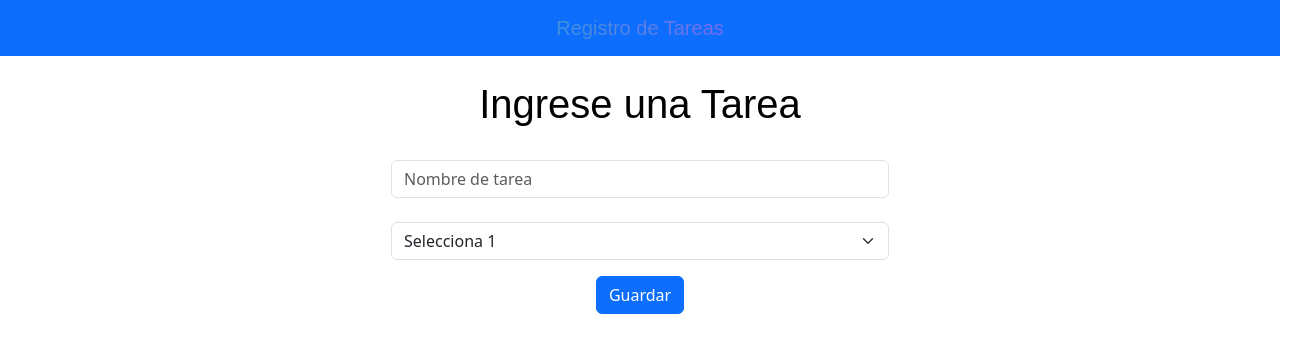
Repository: mgarrido0gb/registroTareas
Page: http://localhost/Tareas/Home
The author's editor kept a copy of each file at every save. The page is drawn from the files as they stood at one save, then again after the next save.
The browser window is 1280 px wide. The page is 1292 px wide, so the pictures cover 1292 px, including what lies to the right of the window. The pictures show the whole page.
Some web fonts or font styles are not loaded; a fallback is used. The page is served by Tomcat 10. Other server files are loaded and not shown. Queries for data that is not in the repository find no rows.

Above is the page before, as saved 2024-05-21 22:45:11.

### Tareas/src/main/webapp/WEB-INF/home.jsp
<%@page import="models.Categoria"%>
<%@page import="models.Tarea"%>
<%@ page language="java" contentType="text/html; charset=ISO-8859-1"
    pageEncoding="ISO-8859-1" import="java.util.ArrayList" import="models.Tarea" import="models.Categoria"%>
<!doctype html>
<html lang="en">
  <head>
    <meta charset="utf-8">
    <meta name="viewport" content="width=device-width, initial-scale=1">
    <title>Registro Tareas</title>
    <link href="https://cdn.jsdelivr.net/npm/bootstrap@5.3.3/dist/css/bootstrap.min.css" rel="stylesheet" integrity="sha384-QWTKZyjpPEjISv5WaRU9OFeRpok6YctnYmDr5pNlyT2bRjXh0JMhjY6hW+ALEwIH" crossorigin="anonymous">
    <link rel="preconnect" href="https://fonts.googleapis.com">
	<link rel="preconnect" href="https://fonts.gstatic.com" crossorigin>
	<link href="https://fonts.googleapis.com/css2?family=Kanit:ital,wght@0,100;0,200;0,300;0,400;0,500;0,600;0,700;0,800;0,900;1,100;1,200;1,300;1,400;1,500;1,600;1,700;1,800;1,900&family=Open+Sans:ital,wght@0,300..800;1,300..800&family=Roboto:ital,wght@0,100;0,300;0,400;0,500;0,700;0,900;1,100;1,300;1,400;1,500;1,700;1,900&display=swap" rel="stylesheet">
    <style type="text/css">
    	body{
    		background-color: white;
    		color: black;
    	}

    	li{
    		color: black;
    	}

    	#titulo ,h1{
    		font-family: "Kanit", sans-serif;
    	}

    	#titulo{
  			color: transparent;
    		background-image: linear-gradient(to left, #FFD700, #7B68EE, #3498db, #2ecc71, #FFD700);
    		background-clip: text;
    		animation: color 3s linear infinite;
    		background-size: 500%;

    	}

    	@keyframes color {
    		from {
       			 background-position: 0% 50%;
    		}

    		to {
        		background-position: 100% 50%;
    		}
		}






    </style>

  </head>
  <body>
  	<%
  		ArrayList<Categoria> cats = (ArrayList<Categoria>)request.getAttribute("cats");
  		ArrayList<Tarea> tareas = (ArrayList<Tarea>)request.getAttribute("tareas");

  	%>
  	<nav class="navbar navbar-expand-lg bg-primary">
    	<div class="container-fluid">
        	<a class="navbar-brand mx-auto" id="titulo" href="#">Registro de Tareas</a>
    	</div>
	</nav>

    <div class="container">
    	<div class="row justify-content-center">
        	<div class="col-12 col-md-9 col-lg-6">
            	<form action="/Tareas/Home" method="post">
                	<div class="p-4">
                    	<h1 class="text-center">Ingrese una Tarea</h1>
                    	<br>
                    	<div class="form-group">
                        	<input class="form-control" placeholder="Nombre de tarea" name="texto" type="text" required>
                    	</div>
                    	<br>
                    	<div class="col-12">
              				<select class="form-select" name="categoria_id" required>
                				<option selected value required>Selecciona 1</option>
                					<% for (Categoria c: cats) { %>
                						<option value="<%=c.id %>"><%=c.nombre %></option>
                					<% } %>
              				</select>
     					</div>
                    	<div class="text-center mt-3">
                        	<input type="submit" value="Guardar" class="btn btn-primary" onclick="mensaje()">
                    	</div>
                	</div>

            	</form>
        	</div>
    	</div>
	</div>






   <div class="row">
   		<div class="col-6 offset-3 d-block m-auto m-0 p-2 col-md-3">


    			<% for (Tarea t: tareas) { %>
    				<ul class="list-group text-center">
    					<li <% if (t.completada == true){ %>class="text-decoration-line-through text-danger"<% } %> class="list-group-item text-center">
    		 				<h5>Agregada el: <%=t.fecha %></h5>
    		 				<h6 class="text-center">(<%=t.texto%>)</h6>
    		 				<a href="/Tareas/CheckearTarea?id=<%=t.id%>"><img src="https://img.icons8.com/?size=48&id=sz8cPVwzLrMP&format=png" class="logotipo" onclick="check()" ></img></a>
    		 				<a href="/Tareas/GestionTarea?id=<%=t.id%>"><img src="https://img.icons8.com/?size=48&id=pre7LivdxKxJ&format=png" class="logotipo" onclick="eliminar()"></img></a>
    					</li>
    				<br>
    			<%}%>
    		</ul>

   		</div>
   </div>


   <script type="text/javascript">


   	function mensaje(){
   		alert("Tarea Agregada con éxito");
   	}

   	function eliminar(){
   		alert("Tarea eliminada con éxito");
   	}

   	function check(){
   		alert("Tarea Realizada con éxito");
   	}

   </script>
    <script src="https://cdn.jsdelivr.net/npm/bootstrap@5.3.3/dist/js/bootstrap.bundle.min.js" integrity="sha384-YvpcrYf0tY3lHB60NNkmXc5s9fDVZLESaAA55NDzOxhy9GkcIdslK1eN7N6jIeHz" crossorigin="anonymous"></script>
  </body>
</html>

### Tareas/src/main/java/servlets/Home.java
package servlets;

import jakarta.servlet.RequestDispatcher;
import jakarta.servlet.ServletException;
import jakarta.servlet.annotation.WebServlet;
import jakarta.servlet.http.HttpServlet;
import jakarta.servlet.http.HttpServletRequest;
import jakarta.servlet.http.HttpServletResponse;
import models.Categoria;
import models.Tarea;

import java.io.IOException;
import java.sql.SQLException;
import java.util.ArrayList;

import daos.CategoriaDao;
import daos.TareaDao;


/**
 * Servlet implementation class Home
 */
public class Home extends HttpServlet {
	private static final long serialVersionUID = 1L;

    /**
     * Default constructor.
     */
    public Home() {
        // TODO Auto-generated constructor stub
    }

	/**
	 * @throws IOException
	 * @throws ServletException
	 * @see HttpServlet#doGet(HttpServletRequest request, HttpServletResponse response)
	 */
	protected void doGet(HttpServletRequest request, HttpServletResponse response) throws ServletException, IOException  {
		// TODO Auto-generated method stub
		try {
			ArrayList<Tarea> tareas = TareaDao.getAll();
			System.out.println(tareas);
			request.setAttribute("tareas", tareas);

			ArrayList<Categoria> cats = CategoriaDao.getAll();
			request.setAttribute("cats", cats);
		} catch(SQLException e) {
			System.out.println(e);
		}


		// 2. Cargamos el JSP
		RequestDispatcher vista = request.getRequestDispatcher("WEB-INF/home.jsp");
		vista.forward(request, response);
	}

	/**
	 * @see HttpServlet#doPost(HttpServletRequest request, HttpServletResponse response)
	 */
	protected void doPost(HttpServletRequest request, HttpServletResponse response) throws ServletException, IOException {
		// TODO Auto-generated method stub
		String textoNuevaTarea = request.getParameter("texto");
		int categoria_id = Integer.parseInt(request.getParameter("categoria_id"));
		try {
			TareaDao.addNew(textoNuevaTarea,categoria_id);

		} catch (SQLException e) {
			// TODO Auto-generated catch block
			e.printStackTrace();
		}


		response.sendRedirect("/Tareas/Home");
	}

}

### Tareas/src/main/java/daos/TareaDao.java
package daos;

import java.sql.Connection;
import java.sql.PreparedStatement;
import java.sql.ResultSet;
import java.sql.SQLException;
import java.sql.Statement;
import java.util.ArrayList;

import models.Categoria;
import models.MyConn;
import models.Tarea;

public class TareaDao {

	static public void addNew(String textoNuevaTarea, int categoria_id) throws SQLException {
		//1.-  nueva conexion
		Connection conn = MyConn.getConnection();
		//2.- consulta
		PreparedStatement consulta =conn.prepareStatement("INSERT INTO TAREAS (texto,categoria_id) values(?,?)");
		consulta.setString(1, textoNuevaTarea);
		consulta.setInt(2, categoria_id);
		consulta.execute();
	}

	static public void deleteById (int idTarea) throws SQLException {
		// 1. Pedimos una conexion nueva
		Connection conn = MyConn.getConnection();
		// 2. Creamos la consulta
		PreparedStatement stmt = conn.prepareStatement(
			"delete from tareas where id=?"
		);
		stmt.setInt(1, idTarea);
		// 3. Ejecutar la stmt
		stmt.executeUpdate();
	  }

	static public void checkById (int idTarea) throws SQLException {
		// 1. Pedimos una conexion nueva
		Connection conn = MyConn.getConnection();
		// 2. Creamos la consulta
		PreparedStatement stmt = conn.prepareStatement(
			"update tareas set completada = true where id = ?"
		);
		stmt.setInt(1, idTarea);
		// 3. Ejecutar la stmt
		stmt.executeUpdate();
	  }





	static public ArrayList<String> get_textos () throws SQLException {
		// 1. Creamos un ArrayList vacío
		ArrayList<String> textos = new ArrayList<String>();
		// 2. Pedimos una conección nueva
		Connection conn = MyConn.getConnection();
		// 3. Creamos y ejecutamos la consulta
		Statement consulta = conn.createStatement();
		ResultSet respuesta = consulta.executeQuery("select * from tareas ");

		// 4. Vamos llenando el ArrayList con lo que tenga la respuesta
		while (respuesta.next()) {
		  textos.add( respuesta.getString("texto") );
		}
		// 5. Retornamos el ArrayList, ahora lleno
		return textos;
	  }



	static public ArrayList<Tarea> getAll () throws SQLException {
		// 1. Creamos un ArrayList vacío
		ArrayList<Tarea> tareas = new ArrayList<Tarea>();
		// 2. Pedimos una conección nueva
		Connection conn = MyConn.getConnection();
		// 3. Creamos y ejecutamos la consulta
		Statement consulta = conn.createStatement();
		ResultSet respuesta = consulta.executeQuery("select * from tareas");

		// 4. Vamos llenando el ArrayList con lo que tenga la respuesta
		while (respuesta.next()) {
			Tarea t = new Tarea(
					respuesta.getInt("id"),
					respuesta.getString("texto"),
					respuesta.getBoolean("completada"),
					respuesta.getDate("fecha")


			);
		  tareas.add(t);
		}
		return tareas;
	  }
}

### Tareas/src/main/java/models/MyConn.java
package models;

import java.sql.Connection;
import java.sql.DriverManager;
import java.sql.SQLException;

public class MyConn {
	static final String URL = "jdbc:postgresql://localhost/ejemplo_dao";
	static final String USER = "postgres";
	static final String PASSWORD = "12345";
	static final String DRIVER = "org.postgresql.Driver";

	static public Connection conn = null;

    static public Connection getConnection () {
      if (conn != null) {
        return conn;
      }
      try {
    	Class.forName(DRIVER);
    	conn = (Connection) DriverManager.getConnection(URL, USER, PASSWORD);
      }
      catch (ClassNotFoundException | SQLException e) {
    	e.printStackTrace();
      }
      return conn;
    }
}

### Tareas/src/main/java/daos/CategoriaDao.java
package daos;

import java.sql.Connection;
import java.sql.ResultSet;
import java.sql.SQLException;
import java.sql.Statement;
import java.util.ArrayList;

import models.Categoria;
import models.MyConn;


public class CategoriaDao {
	static public ArrayList<Categoria> getAll () throws SQLException {
		// 1. Creamos un ArrayList vacío
				ArrayList<Categoria> categorias = new ArrayList<Categoria>();
				// 2. Pedimos una conección nueva
				Connection conn = MyConn.getConnection();
				// 3. Creamos y ejecutamos la consulta
				Statement consulta = conn.createStatement();
				ResultSet respuesta = consulta.executeQuery("select * from categorias order by id");

				// 4. Vamos llenando el ArrayList con lo que tenga la respuesta
				while (respuesta.next()) {
				  Categoria t = new Categoria(
					respuesta.getInt("id"),
					respuesta.getString("nombre")
				  );
				  categorias.add( t );
				}
			  // 5. Retornamos el ArrayList, ahora lleno
			  return categorias;
}}

After the next save:
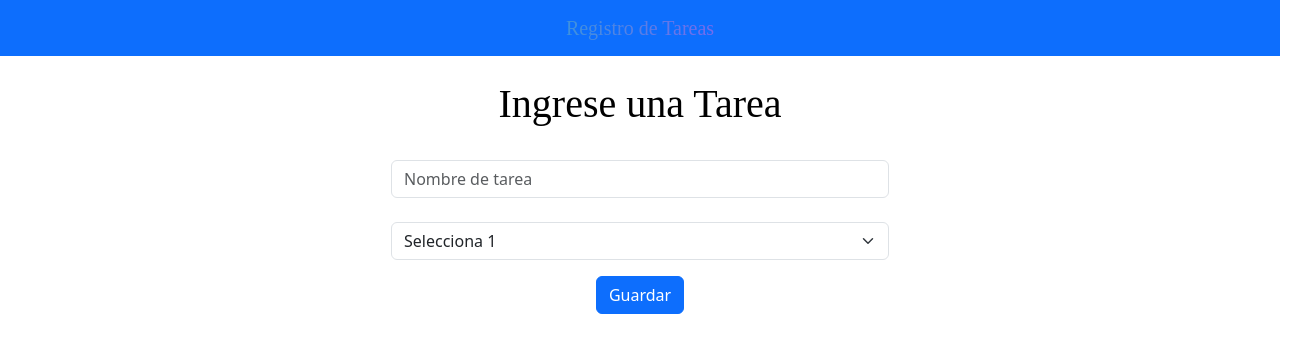
Saved 7 s later.
--- a/Tareas/src/main/webapp/WEB-INF/home.jsp
+++ b/Tareas/src/main/webapp/WEB-INF/home.jsp
@@ -23,7 +23,7 @@
     	}
 
     	#titulo ,h1{
-    		font-family: "Kanit", sans-serif;
+    		font-family: "Kanit", static;
     	}
 
     	#titulo{
